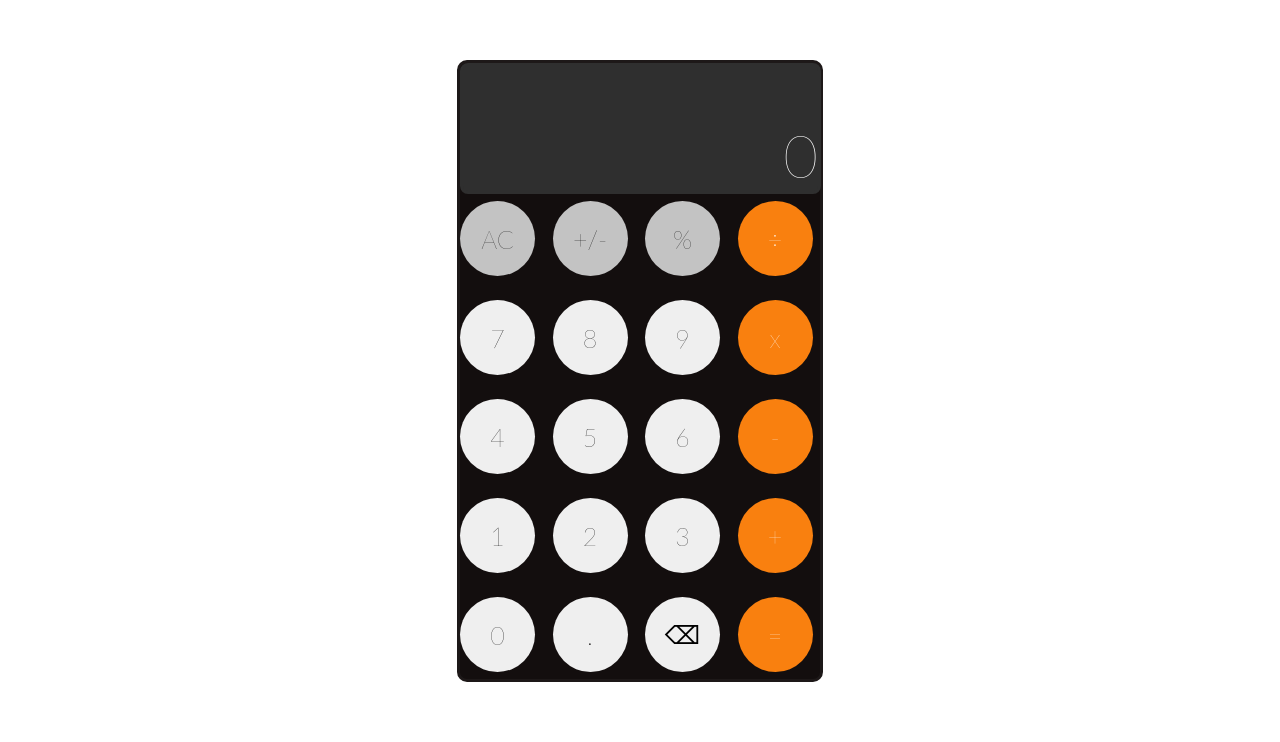
Repository: MhlengiNgubane/BrainnestJsTwo
Page: index.html
An editor plug-in stored every save of this project. The page is shown before and after the next save, followed by the edit.
The browser window is 1280 px wide. The pictures show the whole page.

Above is the page before, as saved 2022-09-11 16:52:20.

After the next save:
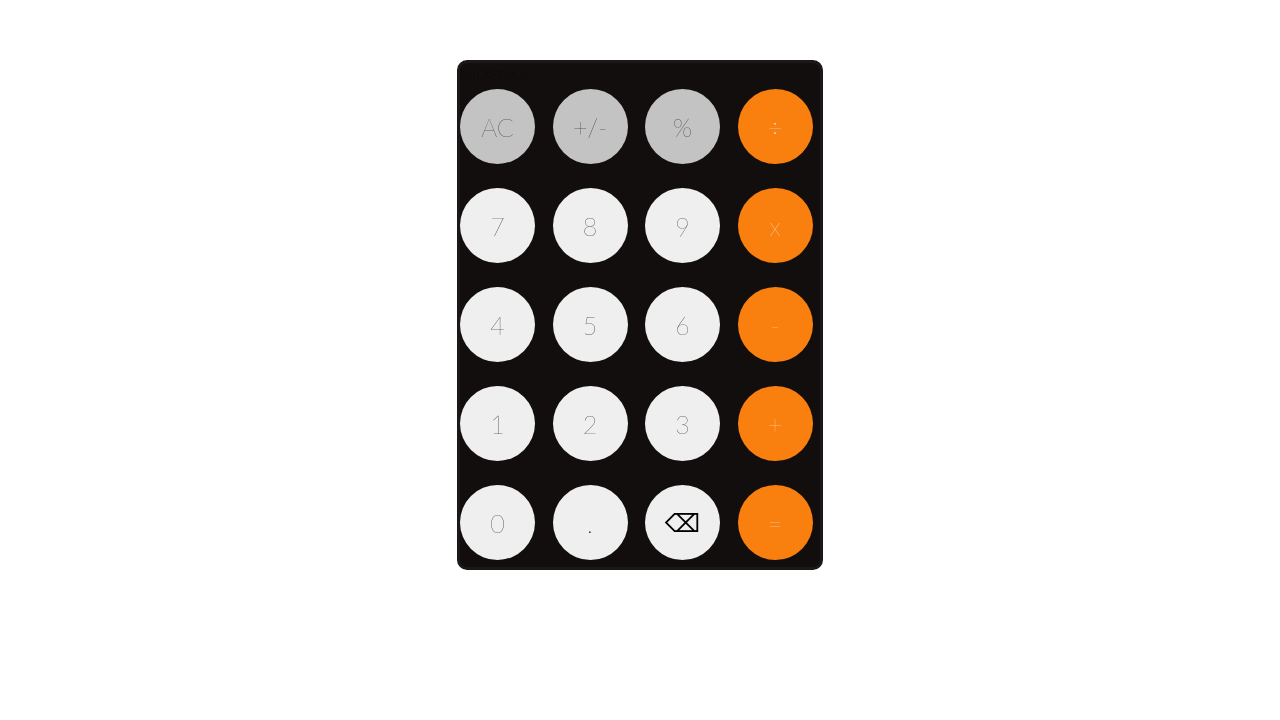
Saved 4 min 34 s later.
--- a/index.html
+++ b/index.html
@@ -10,7 +10,7 @@
 </head>
     <body>
         <div class = "calculator">
-            <div class = "display"><p>0</p></div>
+            backspace
             <div class = "buttons">
                 <button id = "AC" value="AC">AC</button>
                 <button id = "plus_minus" value="+/-">+/-</button>
